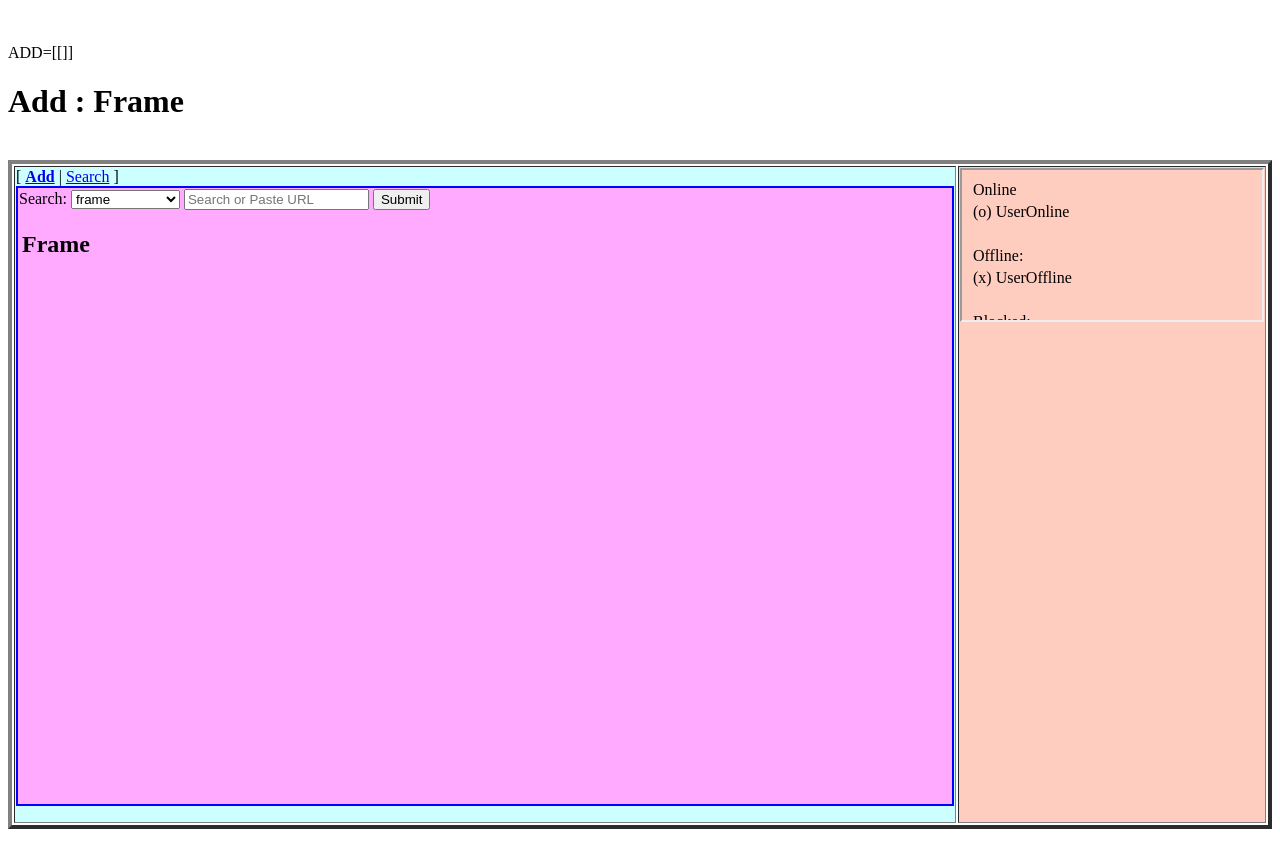
Repository: nevinleiby/SwapRC
Page: http://localhost/add_interface_old.php
The author's editor kept a copy of each file at every save. The page is drawn from the files as they stood at one save, then again after the next save.
The browser window is 1280 px wide. The pictures show the whole page.
The page is run by PHP 8.4 with error messages shown; the project is at /var/www/html/. Queries for data that is not in the repository find no rows.

Above is the page before, as saved 2019-09-10 16:49:38.
Console error (its wording comes from the project's code and is left out).

### add_interface_old.php
<?php
    require_once 'login_bluehost.php';
    require_once 'quad_spec_processing.php';
    require_once 'quad_sql_commands.php';

    $connection = new mysqli($hn, $un, $pw, $db);
    if ($connection->connect_error) die ("Fatal Error");

    // Define categories as an array
    //$categories =    array (
    //        'frame',
    //        'fc',
    //        'bnf',
    //        'esc',
    //        'motor',
    //        'prop',
    //    'fpv_camera',
    //    'transmitter',
    //    'antenna',
    //    'vtx',
    //    'receiver',
    //    'battery',
    //    'pdb',
    //    'hardware',
    //    'print',
    //    'goggle',
    //    'video_monitor',
    //    'video_receiver',
    //    'swag'
    //);


    // Define categories as a named array/hash:
    $categories =    [
        'antenna' => 'antenna',
        'battery' => 'battery',
        'bnf' => 'bnf',
        'esc' => 'esc',
        'fc' => 'fc',
        'fpv_camera' => 'fpv_camera',
        'frame' => 'frame',
        'generic' => 'generic',
        'goggle' => 'goggle',
        'hardware' => 'hardware',
        'motor' => 'motor',
        'pdb' => 'pdb',
        'print' => 'print',
        'prop' => 'prop',
        'receiver' => 'receiver',
        'swag' => 'swag',
        'transmitter' => 'transmitter',
        'video_monitor' => 'video_monitor',
        'video_receiver' => 'video_receiver',
        'vtx' => 'vtx'
    ];


    //echo '==================' . isset($_POST['category']) . '=================<br>';
    if (isset($_POST['category']))
    {
        $q_category = $_POST['category'];
        $q_category = strip_tags($q_category);

        $table_name = '';
        // Compare available categories and make sure that user selected an actual category:
        foreach ($categories as $item)
        {
            if ($item == $q_category)
            {
                $table_name = $item;
                //echo "Requested ($q_category) vs actual ($item)<br>";
                break;
            }
        }

        // Default if there is not a valid table used:
        if ($table_name == '')
        {
            $table_name = 'frame';
        }
    }
    else
    {
        $table_name = 'frame';
    }
    $category = ucfirst ($table_name);

    //echo '--------------9' . $table_name . '9---------------<br>';

    // Final check to make sure that table is defined:
    if (! $table_name)
    {
        $table_name = 'frame';
    }

    $query = "SELECT * FROM $table_name";
    $result = $connection->query($query);

    if (! $result) die ("Fatal Error");
    $number_of_rows = $result->num_rows;
    //echo "((($row)))<br>";

    //echo "<br><br>STARTING DATA EXTRACTION [<br>";

    // Step through each result:
    //for ($j = 0; $j < $rows ; ++$j)
    //{
    //   $result->data_seek($j);
    //    //echo .htmlspecialchars ($result->fetch_assoc()['test']) . '<br>';
    //    echo "((" . htmlspecialchars($result->fetch_assoc()['frequency']) . '))<br>';
    //    $result->data_seek($j);
    //    echo "((" . htmlspecialchars($result->fetch_assoc()['number_of_channels']) . '))<br>';
    //}

    //// Step through each result:
    for ($j = 0; $j < $number_of_rows ; ++$j)
    {
        $row = $result->fetch_array(MYSQLI_NUM);

        //echo "((" . htmlspecialchars($row['frequency']) . '))<br>';
        //echo print_f($row);
        for ($item = 0; $item < 10; ++$item)
        {
            // INPUT VALUES:
            //echo "Item $item: " . htmlspecialchars($row[$item]) . "<br>\n";
        }

    }
    //echo "]ENDED EXTRACTION<br>";



    /////////////////////////////////////////////////////////////////////////////////////////////////////////////
    /////////////////////////////////////////////////////////////////////////////////////////////////////////////
    /////////////////////////////////////////////////////////////////////////////////////////////////////////////

    //////////////////////////////
    // TRY TO GET TABLE COLUMNS
    //    https://www.codexworld.com/how-to/get-column-names-from-table-in-mysql-php/
    //
    // Ultimately worked by following:
    //    https://stackoverflow.com/questions/4165195/mysql-query-to-get-column-names/4165253
    /////////////////////////////


    // Query to get columns from table
    //$result = $connection->query("SELECT COLUMN_NAME FROM INFORMATION_SCHEMA.COLUMNS WHERE TABLE_SCHEMA = '$db' AND TABLE_NAME = '$table_name'");

    // single column name:
    //$next_row = $result->fetch_assoc();
    //echo $next_row;

    //$next_row = $result->fetch_assoc();
    //echo "<br>ROW: |$next_row|<br>";
    //foreach ($next_row as $column_name)

    //only grabs the first column name:
    //foreach ($next_row = $result->fetch_assoc() as $column_name)
    //{
    //    //$result[] = $next_row;
    //    echo "<br>ROW: |$next_row|[$column_name]<br>";
    //    foreach ($next_row as $column_name_item)
    //    {
    //        echo "-----|$column_name_item|----<br>";
    //    }
    //}

    // Only selects the first column name:
    //foreach ($next_row = $result->fetch_assoc() as $column_name)
    //{
    //    $columns[] = $next_row;
    //    echo "<br>=|$next_row|=<br>";
    //    echo "<br>=|" . $columns[0] . "|=<br>";
    //    print_r ($columns);

    //    // Still grabs only first column name:
    //    //foreach ($columns as $column_name)
    //    //{
    //    //    echo "-=|$column_name|=-<br>";
    //    //}

    //   for ($column_number = 0; $column_number <= 2; $column_number++)
    //    {
    //        echo "====*" . $columns[$column_number] . "*======<br>";
    //    }
    //}


    ///////////// WORKS!!!!!!!!!!!!!!!!!!!!!!!!!!!!
    /// https://stackoverflow.com/questions/4165195/mysql-query-to-get-column-names/4165253
    //$sql = "SHOW COLUMNS FROM $table_name";
    //$result = mysqli_query($connection,$sql);
    //while($row = mysqli_fetch_array($result)){
    //    echo $row['Field']."<br>";
    //}


    // Grab each column name:
    //     (likely could be optomized by INFORMATION_SCHEMA.COLUMNS WHERE TABLE_SCHEMA methology)
    //
    // WORKS!!!!!
    /// https://stackoverflow.com/questions/4165195/mysql-query-to-get-column-names/4165253

    $query = "SHOW COLUMNS FROM $table_name";
    $result = $connection->query($query);

    $search_input_text = '';
    while($row = mysqli_fetch_array($result))
    {
        //echo $row['Field']."<br>";
        //echo '<input onClick="this.select();" type=text name="' . $row['Field'] . '" placeholder="' . $row['Field'] . '"><br>';

        // Pretty form of INPUT box
        $search_input_text .= "\n" . '<input onClick="this.select();" type=text name="' . $row['Field'] . '" placeholder="' . $row['Field'] . '">&nbsp; ' .  $row['Field'] . '<br>';

        // INPUT box but with default values:
        //$search_input_text .= "\n" . '<input onClick="this.select();" type=text name="' . $row['Field'] . '" value="' . $row['Field'] . '1">' . $row['Field'] . '<br>';

        // TESTING <INPUT>:
        //$search_input_text .= "\n" . '<input onClick="this.select();" type=text name="' . $row['Field'] . '" value="' . '1">' . $row['Field'] . '<br>';
    }


    // Read all of the column names:
    //foreach ($next_row = $result->fetch_assoc())
    //{
    //    echo $next_row;
    //}


    //while ($next_row = $result->fetch_assoc())
    //{
    //    $result[] = $next_row;
    //    echo $next_row;
    //}

    // Array of all column names
    //$columnArr = array_column($result, 'COLUMN_NAME');

    /////////////////////////////////////////////////////////////////////////////////////////////////////////////
    /////////////////////////////////////////////////////////////////////////////////////////////////////////////
    /////////////////////////////////////////////////////////////////////////////////////////////////////////////


    // Now generate the available options:
    $select_options_text = select_item(strtolower($category), $categories);

    // Associative array to add to the table:
    $row_add_array;

    // Process the input:
    while (1)
    {
        // Doesn't permit name=value pairs...you need a KEY=VALUE
        //foreach ($_POST as $item)

        // Get the name=value pairs:
        // https://stackoverflow.com/questions/5479999/foreach-value-from-post-from-form

        foreach ($_POST as $key => $value)
        {
            //echo 'name=('. $key . ')|  value=|' . $_POST[$key] . '|| [' . $value . ']<br>';
            //echo 'name=('. $key . ')|  value=|' . $_POST[$key] . '||<br>';

            $row_add_array[$key] = $value;
        }
        break;
    }

    // Now lets add the data to the database:

    // See the array of data:
    //print_r($row_add_array);
    $row_add_string = q_add_item_to_table($table_name, $categories, $row_add_array);
    echo "\n<br><br>ADD=[[" . $row_add_string . "]]<br>\n";

    if ($row_add_string)
    {
        //echo 'ADD_ITEM_TO_TABLE  ID=[' . $row_add_array['id'] . ']<br>';
        $add_result = $connection->query($row_add_string);
        echo "SQL ADD RESULT($add_result)<br>";
    }



    $display_result = $connection->query("SELECT id from $category");
    if ( ! $display_result) die ("Fatal Error");

    $rows = $display_result->num_rows;

    for ($j = 0; $j < $rows; ++$j)
    {
        $row = $display_result->fetch_array(MYSQL_ASSOC);

        // Display a link for the particular item.
        //   Item should be a link within the Category DB, which will then be able to unit with Entry DB.
        //   If the Entry DB is referenced without referencing the Category DB, then it could be harder to link
        echo '<a href="./display_item_old.php?' . $category . '=' . $row['id'] . '&category=' . $category .'">' . $row['id'] . '</a><br>';
    }


    $result->close();
    $connection->close();

    /////////////////////////////////////////////////////////////////////////////////////////////////////////////////////////////////////////////////////////

    ///////////////////////////////////
    // Function definitions
    ///////////////////////////////////

    /////////////////////////
    // GET_POST
    /////////////////////////
    function get_post ($connection, $var)
    {
        return $connection->real_escape_string($_POST[$var]);
    }

    /////////////////////////
    // SELECT_ITEM
    /////////////////////////
    // Create the <INPUT> tags and select the choosen category:
    function select_item ($category, &$categories)
    {

            //echo "category=($category), categories=(" . $categories['vtx'] . ')<br>';
            //echo "entering with default of ($category)";

            // Define the return text string:
            $return_text = '';

            // Step through each category:
            foreach ($categories as $curr_category)
            {

                // Select the current category:
                $curr_category = $categories[$curr_category];
                //echo '<br>[[[[[[<b>' . $curr_category . '</b>| vs |' . $category . ']]]]]]]]]]';

                // Basic <OPTION> statement, to be appended to the selected item if necessary:
                $return_text .= '<option value = "' . $curr_category . '"';

                // compare the desired category ($category) with the current category:
                if ($curr_category == $category)
                {
                    // This the is desired category....select it now:
                    $return_text .= ' SELECTED ';
                    //echo '<br>SELECTED ' . $curr_category . "<br>";
                }

                $return_text .= '>' . $curr_category . '</option>' ."\n";
            }

            // Return <OPTION> array, including the one that is SELECTED:
            return $return_text;
    }


/////////////////////////////////////////////////////////////////////////////////////////////////////////////////////////////////////////////


echo <<<_END
<html>
    <title>
        SwapRC:Add
    </title>
    <body>
            <h1>Add : $category</h1>
            <form action="./add_interface_old.php" method="post">

            <br>
            <table border=4 width=100% height=95%>
                <tr border=4 height=95%>
                    <td width = 80% border=2 bgcolor="#ccffff" valign=top height=95%>
                        [
                        <b><a href="./add_interface_old">Add</a></b> |
                        <a href="./search_interface.php">Search</a>
                        ]


                        <br>
                        <table width=100% height=95% bgcolor=blue>
                            <tr height=95% style="height:95%">
                                <td valign=top bgcolor="#ffaaff" style="height:95%">
                                    Search:
                                    <select name="category">
                                        $select_options_text
                                    </select>
                                    <input onClick="this.select(); type=text name="Name" placeholder="Search or Paste URL">
                                    <input type=submit name="submit">

                                    <br><br>
                                    <table>
                                        <tr>
                                            <td valign=top>
                                                <h2>$category</h2>
                                            </td>
                                            <td valign=top>
                                                $search_input_text
                                            </td>
                                        </tr>
                                    </table>

                                </td>




                            </tr>
                        </table>
                        </form>

                    </td>
                    <td border=2 bgcolor="ffccccc" valign=top height=95%>
                        <frameset>
                            <iframe src="./frame_users.html">
                        </frameset>
                    </td>
                </tr>
            </table>
    </body>

</html>
_END;
?>

### login_bluehost.php
<?php
    // login_bluehost.php
    $hn = 'localhost';
    $db = 'rcbargin_swaprc';
    $un = 'rcbargin_nevin';
    $pw = 'kdie4all';

?>

### quad_spec_processing.php
<?php

    // Data processing functions:

    ///////////////////////////////////////////////
    // check_parameter
    //    Simplified method for data checking based upon parameter name
    //    $value = check_parameter($parameter_type, $value);
    ///////////////////////////////////////////////
    function check_parameter ($parameter_type, $value)
    {
        $return_value = 0;

        switch ($parameter_type)
        {
            case 'id':
                if (is_numeric($value))
                {
                     $return_value = $value;
                }
                else
                {
                    $return_value = 1;
                }
                break;

            // Character checking:
            case 'processor':
            case 'gyro':
            case 'mounting_holes':
            case 'osd':
            case 'firmware':
            case 'voltage_control':
            case 'antenna_connector':
            case 'filament_type':
            case 'polarization':
            case 'bandwidth':
            case 'material':
            case 'swr':
            case 'gain':
            case 'battery_type':
            case 'receiver':
            case 'transmitter':
            case 'goggles':
            case 'esc_type':
            case 'stack_size':
            case 'protocols_supported':
            case 'image_aspect_ratio':
            case 'lens':
            case 'prints':
            case 'camera_sizes':
            case 'resolution':
            case 'hdmi_in':
            case 'hardware_type':
            case 'color':
            case 'mounting_screw':
            case 'output_5v':
            case 'output_10v':
            case 'lens':
            case 'frequency':
            case 'swag_size':
            case 'access':
            case 'spectrum_analyzer':
            case 'screen':
            case 'video_signal':
            case 'jr':
            case 'operating_system':
            case 'training_function':
            case 'charging_interface':
            case 'opentx':
            case 'compatibility':
            case 'video_format':
            case 'receiver_method':
            case 'rf_sensitivity':
            case 'antenna_connections':
            case 'band':
            case 'type1':
            case 'type2':
            case 'manufacturer':
            case 'model':
            case 'release_year':
            case 'dimension':
            case 'shipping_restriction':
            case 'id_code':
            case 'country_of_origin':
                if ($value != '')
                {
                    $return_value = $value;
                }
                else
                {
                    $return_value = '';
                }
                break;

            // Numerical checking
            case 'voltage_min':
            case 'voltage_max':
            case 'operating_voltage':
            case 'antenna_length':
            case 'c_rating':
            case 'mah':
            case 'length':
            case 'width':
            case 'height':
            case 'frame_size':
            case 'size':
            case 'amps_max':
            case 'fov':
            case 'arms':
            case 'stacks':
            case 'kv':
            case 'stator_diameter':
            case 'stator_height':
            case 'shaft_size':
            case 'prop_length':
            case 'blades':
            case 'cw':
            case 'ccw':
            case 'number_of_channels':
            case 'transmit_power_min':
            case 'transmit_power_max':
            case 'model_memories':
            case 'antenna_num':
                if (is_numeric($value))
                {
                    $return_value = $value;
                }
                else
                {
                    //echo "<br>|$parameter_type| => |$value|<br>";
                    $return_value = 0;
                }
                break;

            // URL checking:
            case 'url':
                $return_value = check_url($url);
                break;
            // Default:
            default:
                break;
        }
        return $return_value;
    }

    function check_url ($url)
    {
        //if ($url)
        //{
        //    $url .= '';
        //}
        return $url;
    }

?>

### frame_users.html
<html>
    <title>
        SwapRC : Users
    </title>
    <body>
        <table>
            <tr><td>Online</td></tr>
            <tr><td>(o) UserOnline</td></tr>

            <tr><td>&nbsp;</td></tr>
            <tr><td>Offline:</td></tr>
            <tr><td>(x) UserOffline</td></tr>

            <tr><td>&nbsp;</td></tr>
            <tr><td>Blocked:</td></tr>
            <tr><td>(b) UserBlocked</td></tr>

        </table>
    </body>
</html>

Loaded but not shown: quad_sql_commands.php (375 lines, source omitted)

After the next save:
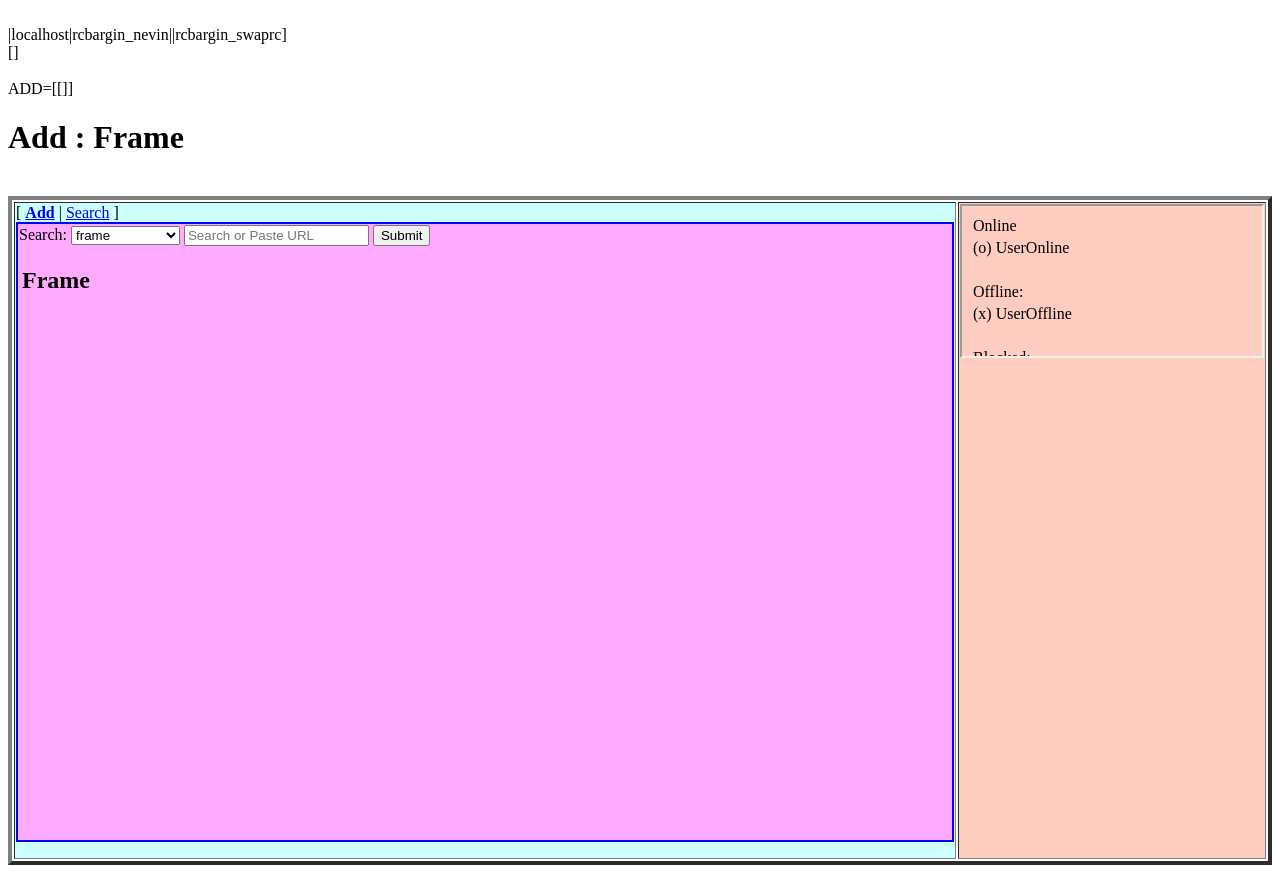
Saved 2 min 50 s later.
--- a/add_interface_old.php
+++ b/add_interface_old.php
@@ -4,7 +4,10 @@
     require_once 'quad_sql_commands.php';
 
     $connection = new mysqli($hn, $un, $pw, $db);
-    if ($connection->connect_error) die ("Fatal Error");
+    echo '<br>|'. $hn .'|'. $un .'|'. '|'. $db.']<br>';
+    echo '['.$connection->connect_error . ']';
+    //if ($connection->connect_error) die ("Fatal Error");
+
 
     // Define categories as an array
     //$categories =    array (
